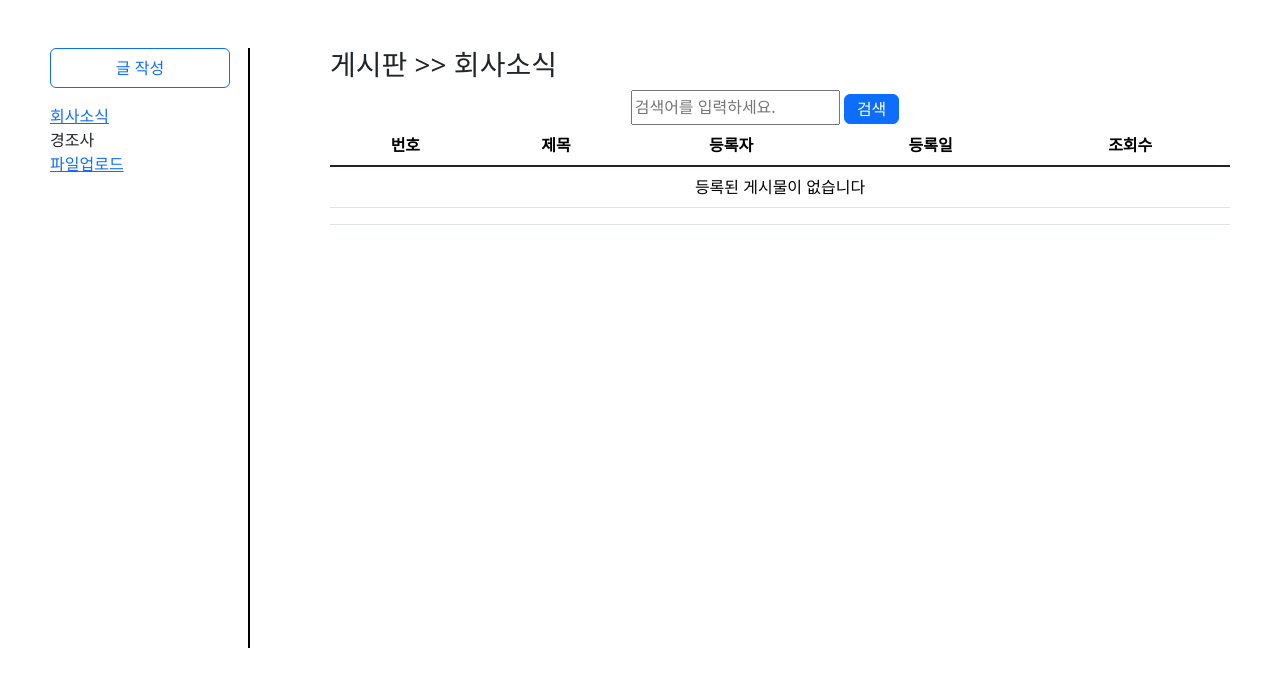
Repository: KimDongGyuu/final
Page: http://localhost/aceworks/WEB-INF/views/company_news/company_news_List.jsp
An editor plug-in stored every save of this project. The page is shown before and after the next save, followed by the edit.
The browser window is 1280 px wide. The pictures show the whole page.
The page is served by Tomcat 9. Nobody is signed in. The template is opened directly, without the code that normally fills it, so the values that code supplies are empty.

Above is the page before, as saved 2024-03-17 04:06:47.

After the next save:
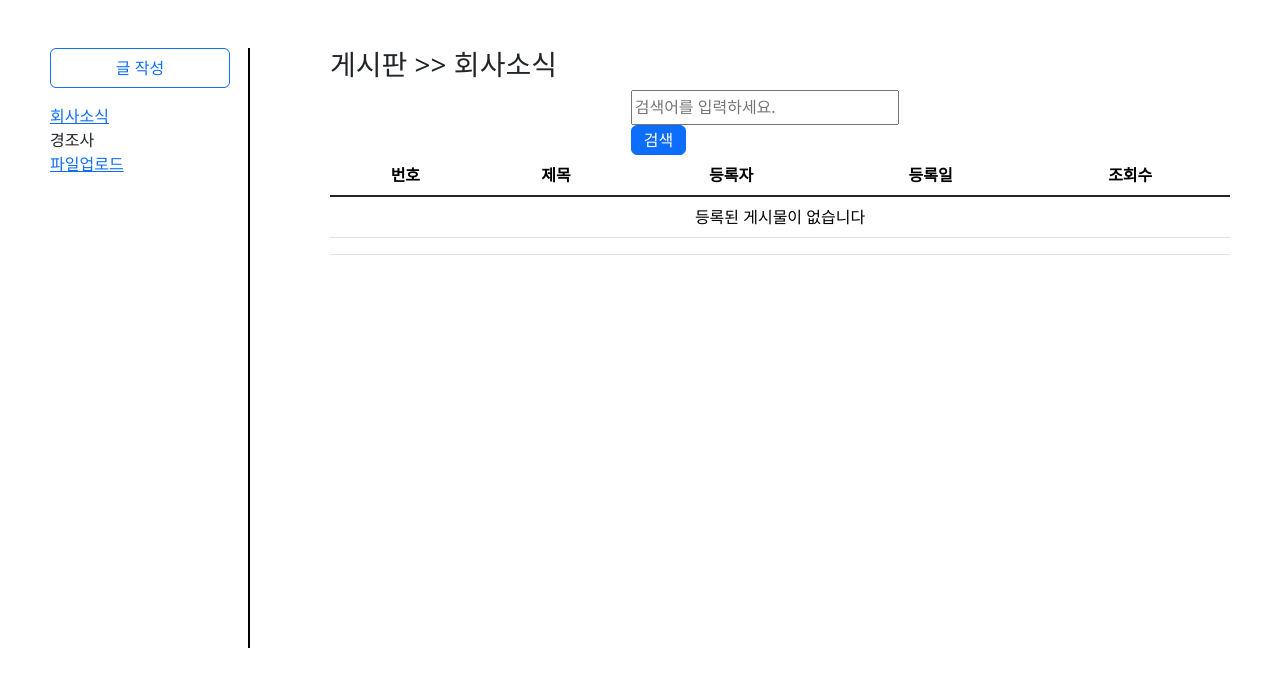
Saved 10 s later.
--- a/aceworks/src/main/webapp/WEB-INF/views/company_news/company_news_List.jsp
+++ b/aceworks/src/main/webapp/WEB-INF/views/company_news/company_news_List.jsp
@@ -49,7 +49,7 @@ h3 {
 		<div class="mt-5 mb-2"><span class="h3">게시판 &gt;&gt; 회사소식</span></div>
 <div class="mt-2 d-flex gap-2 justify-content-center">
     <form action="company_newsSearch.do">
-        <input type="text" id="searchKeyword" name="keyword" placeholder="검색어를 입력하세요." style="width:70%; height: 35px;">
+        <input type="text" id="searchKeyword" name="keyword" placeholder="검색어를 입력하세요." style="width:90%; height: 35px;">
         <button id="Sbt" type="submit" class="btn btn btn-primary">검색</button>
     </form>
 </div>
